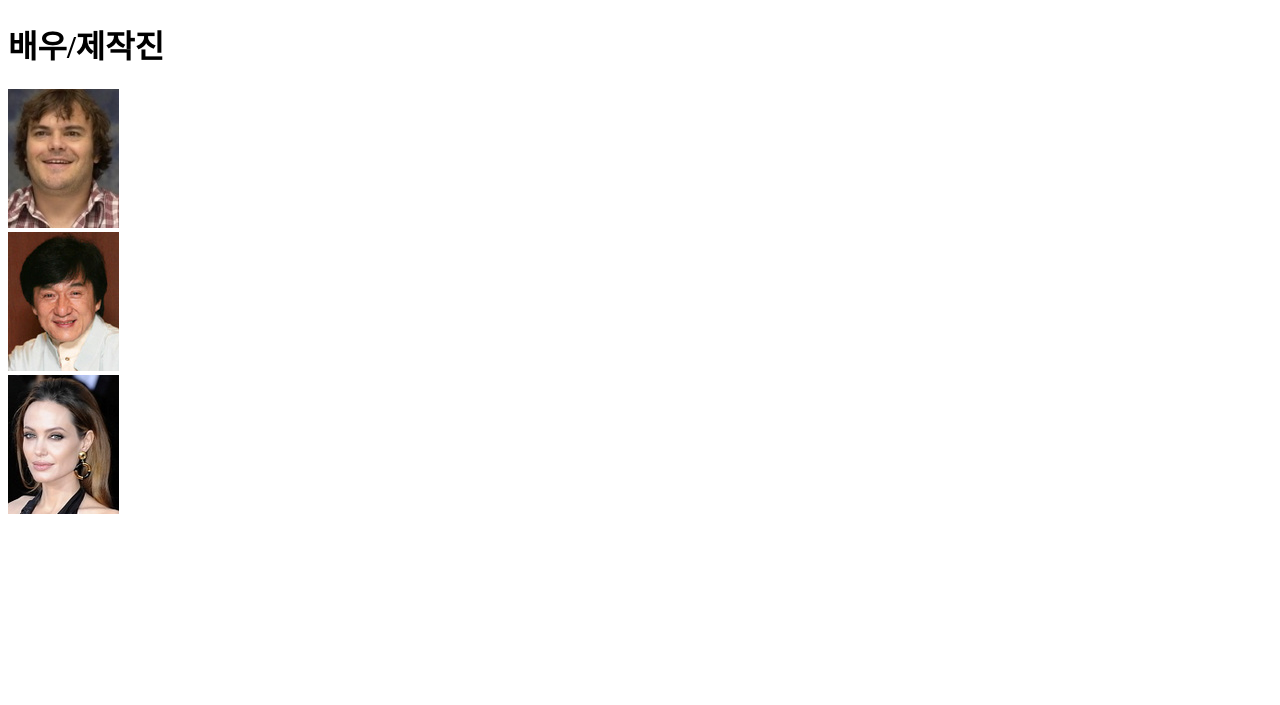
Repository: Seonhanbit/dev
Page: work_frontend/ws_frontend_0826_선한빛/WebContent/actor.html
An editor plug-in stored every save of this project. The page is shown before and after the next save, followed by the edit.
The browser window is 1280 px wide. The pictures show the whole page.

Above is the page before, as saved 2019-08-26 07:50:08.

After the next save:
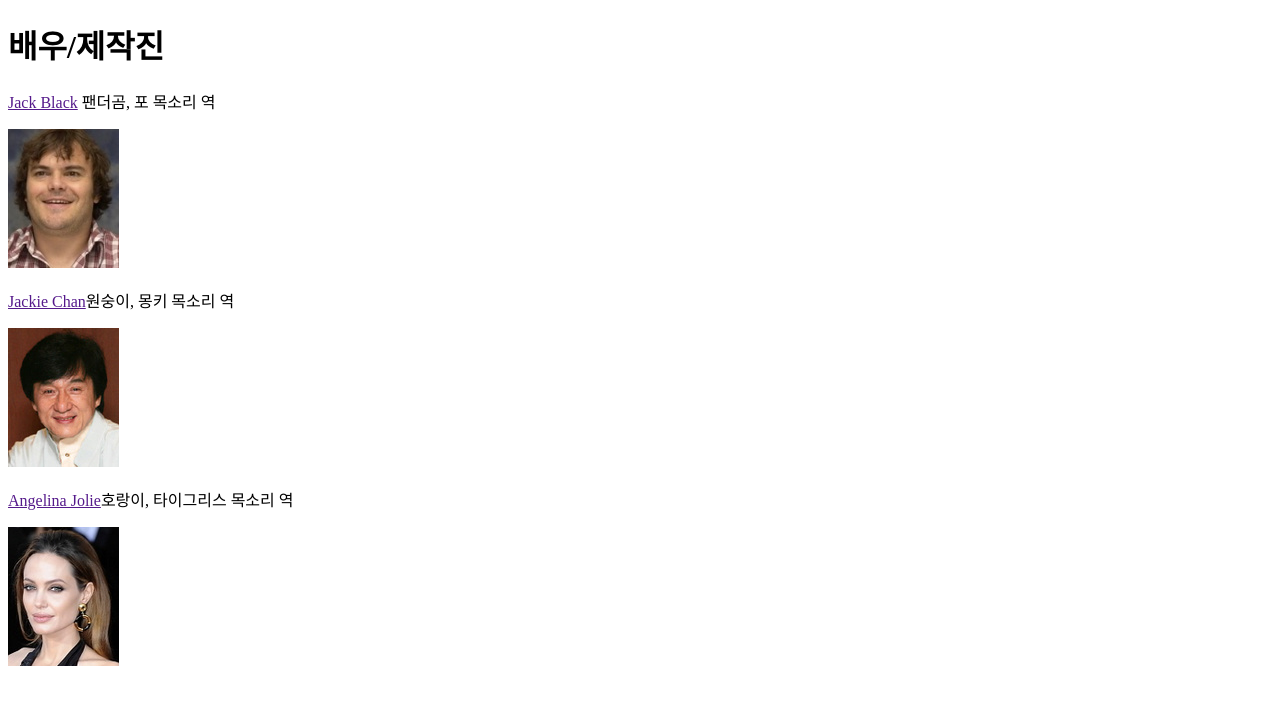
Saved 117 s later.
--- a/work_frontend/ws_frontend_0826_선한빛/WebContent/actor.html
+++ b/work_frontend/ws_frontend_0826_선한빛/WebContent/actor.html
@@ -7,15 +7,15 @@
 <body>
 	<h1>배우/제작진</h1>
 	<section>
-
+	<p><a href = "">Jack Black</a> 팬더곰, 포 목소리 역</p>
 	<img src="./img/jack.jpg" alt="jack" />
 	</section>
 	<section>
-
+	<p><a href = "">Jackie Chan</a>원숭이, 몽키 목소리 역</p>
 	<img src="./img/jackie.jpg" alt="jackie" />
 	</section>
 	<section>
-
+	<p><a href = "">Angelina Jolie</a>호랑이, 타이그리스 목소리 역</p>
 	<img src="./img/angelina.jpg" alt="angelina" />
 	</section>
 </body>
